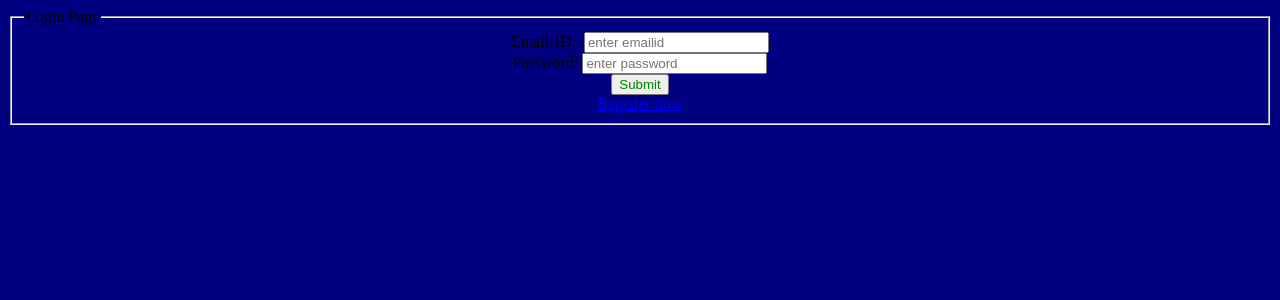
Repository: Tharungandhi/ServeltProject
Page: ServletJDBCApp/WebContent/login.html
An editor plug-in stored every save of this project. The page is shown before and after the next save, followed by the edit.
The browser window is 1280 px wide. The pictures show the whole page.

Above is the page before, as saved 2019-01-29 10:49:09.

After the next save:
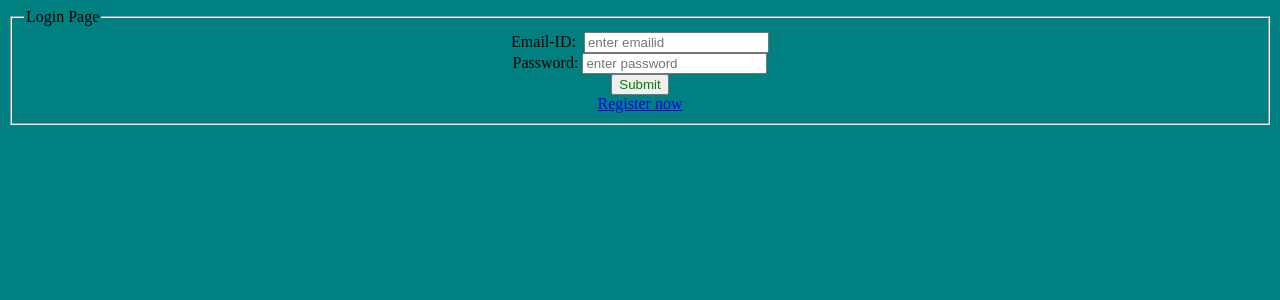
Saved 38 s later.
--- a/ServletJDBCApp/WebContent/login.html
+++ b/ServletJDBCApp/WebContent/login.html
@@ -19,7 +19,7 @@
 <head>
 <style>
     body {
-      background-color: navy;
+      background-color: teal;
     }
 
 
